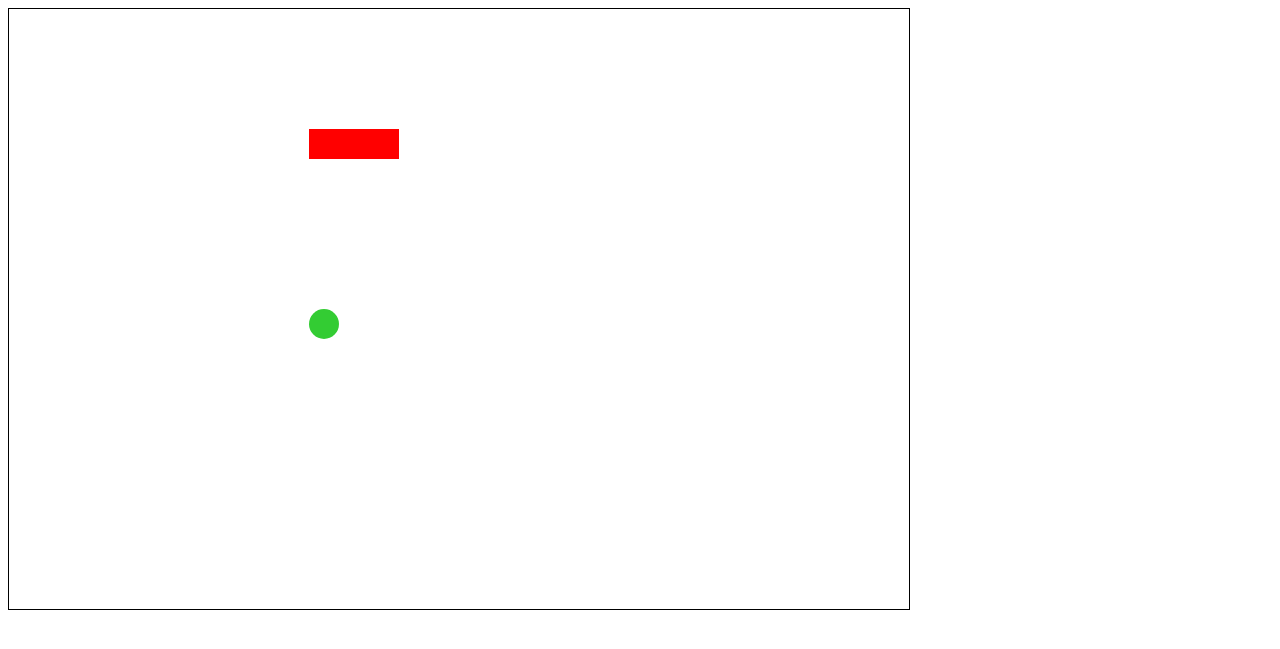
Repository: 0Memo/serpent
Page: index.html
An editor plug-in stored every save of this project. The page is shown before and after the next save, followed by the edit.
The browser window is 1280 px wide. The pictures show the whole page.

Above is the page before, as saved 2020-12-16 08:41:38.

After the next save:
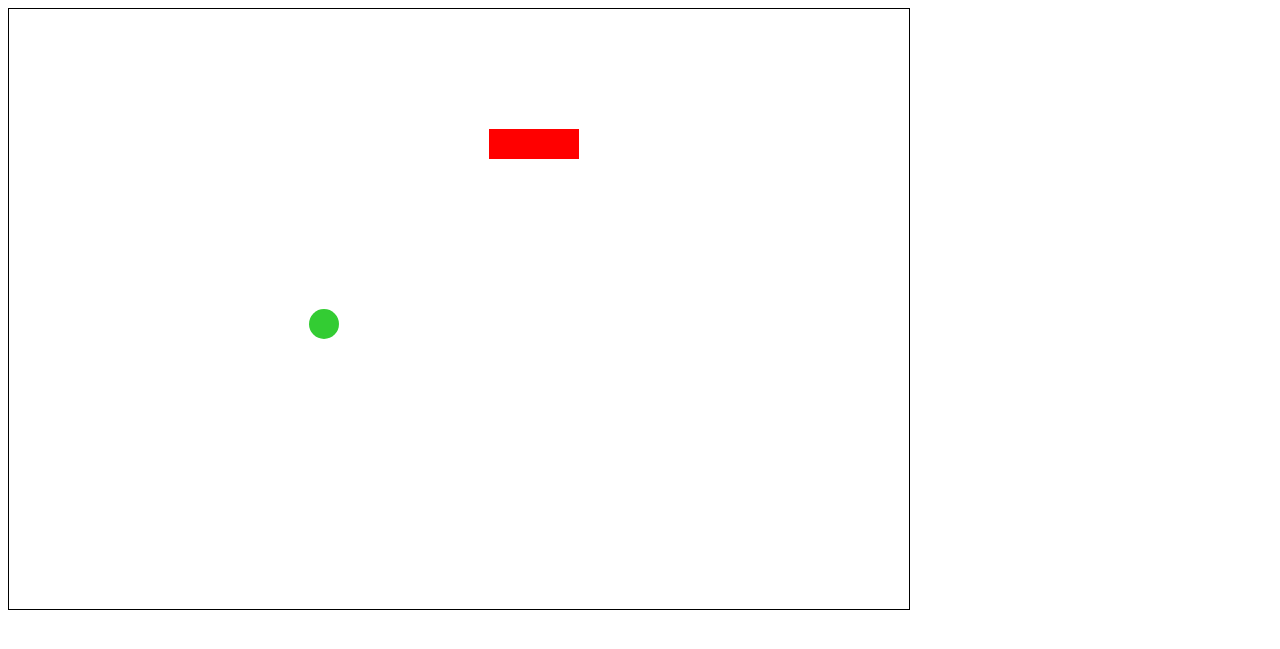
Saved 46 s later.
--- a/js/script.js
+++ b/js/script.js
@@ -25,6 +25,7 @@
     }
 
     function refreshCanvas(){
+        snakey.advance();
         ctx.clearRect(0, 0, canvasWidth, canvasHeight);
         snakey.advance();
         snakey.draw();

After the 2 saves that followed:
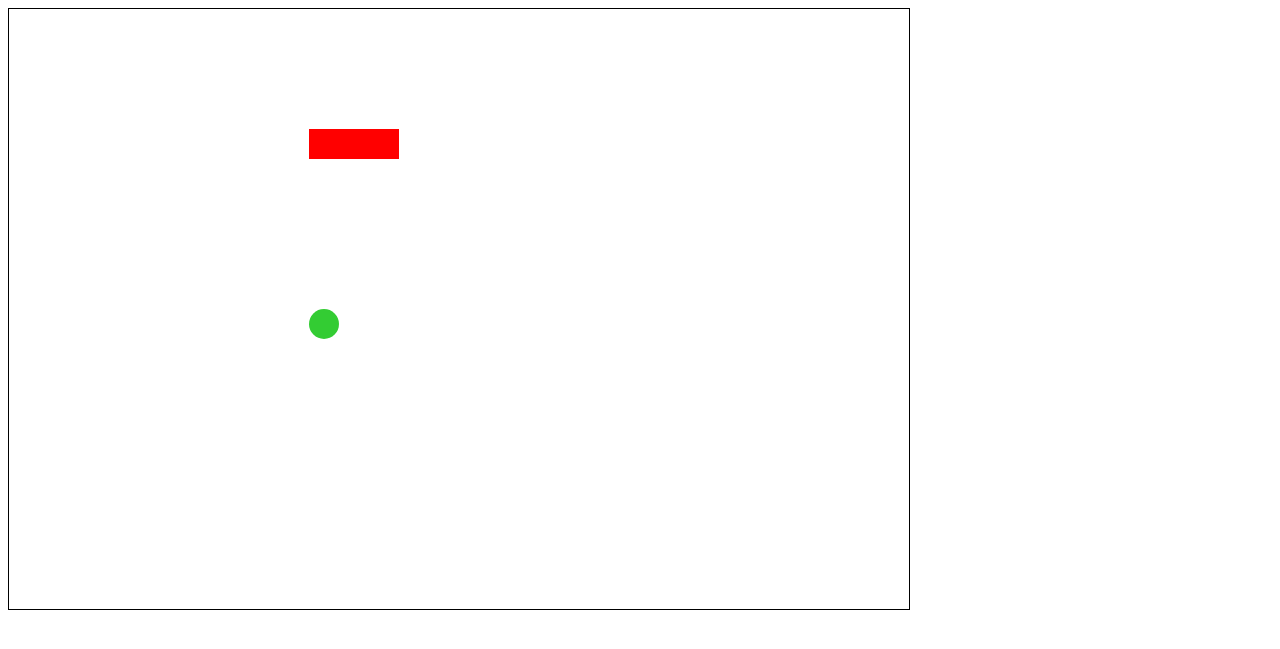
The 2 saves are shown as one change because 1 left the picture as it was.
The last was saved 62 s later.
--- a/js/script.js
+++ b/js/script.js
@@ -26,11 +26,16 @@
 
     function refreshCanvas(){
         snakey.advance();
-        ctx.clearRect(0, 0, canvasWidth, canvasHeight);
-        snakey.advance();
-        snakey.draw();
-        appley.draw();
-        setTimeout(refreshCanvas,delay);
+        if(snakey.checkCollision())
+        {
+
+        } else {
+            ctx.clearRect(0, 0, canvasWidth, canvasHeight);
+            snakey.draw();
+            appley.draw();
+            setTimeout(refreshCanvas,delay);
+        }
+
     }
 
     function drawBlock(ctx, position){
